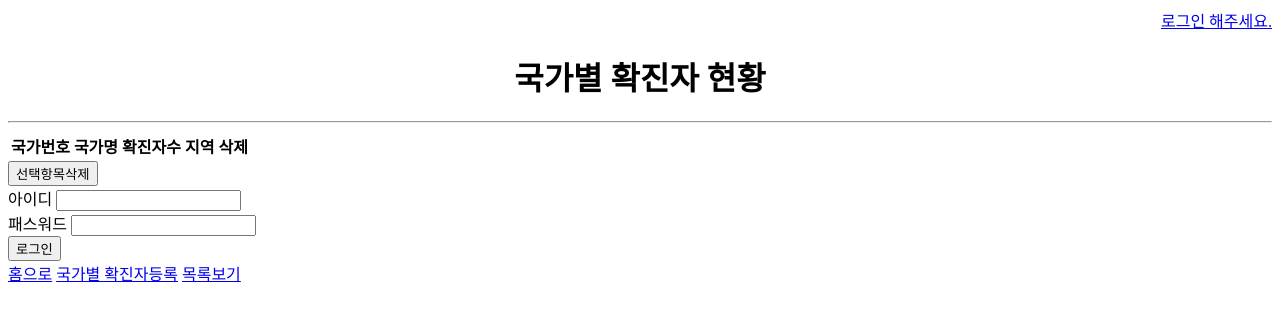
Repository: midrash/fileUpload-Test
Page: spring-ajax-test-frontend/index.html
An editor plug-in stored every save of this project. The page is shown before and after the next save, followed by the edit.
The browser window is 1280 px wide. The pictures show the whole page.

Above is the page before, as saved 2020-10-28 07:49:39.

After the next save:
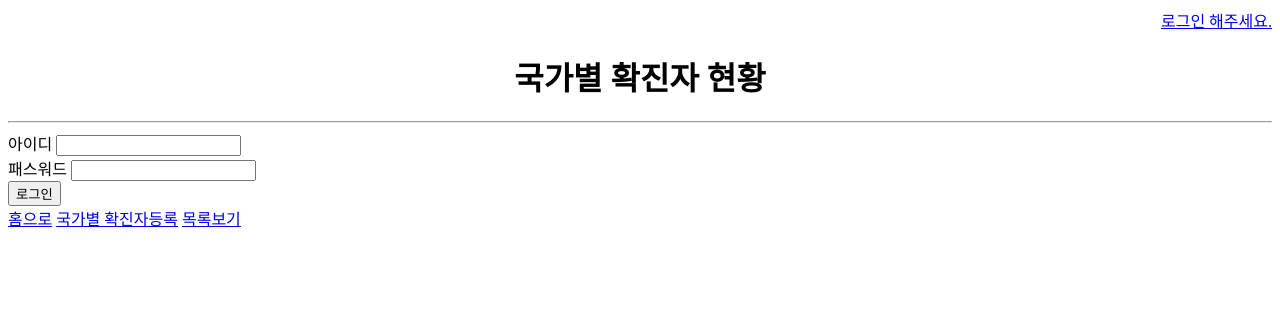
Saved 83 s later.
--- a/spring-ajax-test-frontend/index.html
+++ b/spring-ajax-test-frontend/index.html
@@ -34,7 +34,7 @@
 
 	<h1 id="head">국가별 확진자 현황</h1>
 	<hr>
-	<div id="">
+	<div id="countryListArea">
 	<form action="deletes">
 		<table>
 			<thead>
@@ -118,7 +118,6 @@
 		$("#loginInfo").html(`<a href="${root}">로그인 해주세요.</a>`);
 		$("#loginMsg").hide();
 		$("#loginFormDiv").show();
-		$("#countryListArea").hide();
 
 	}
 	$("#countryListArea").hide();
